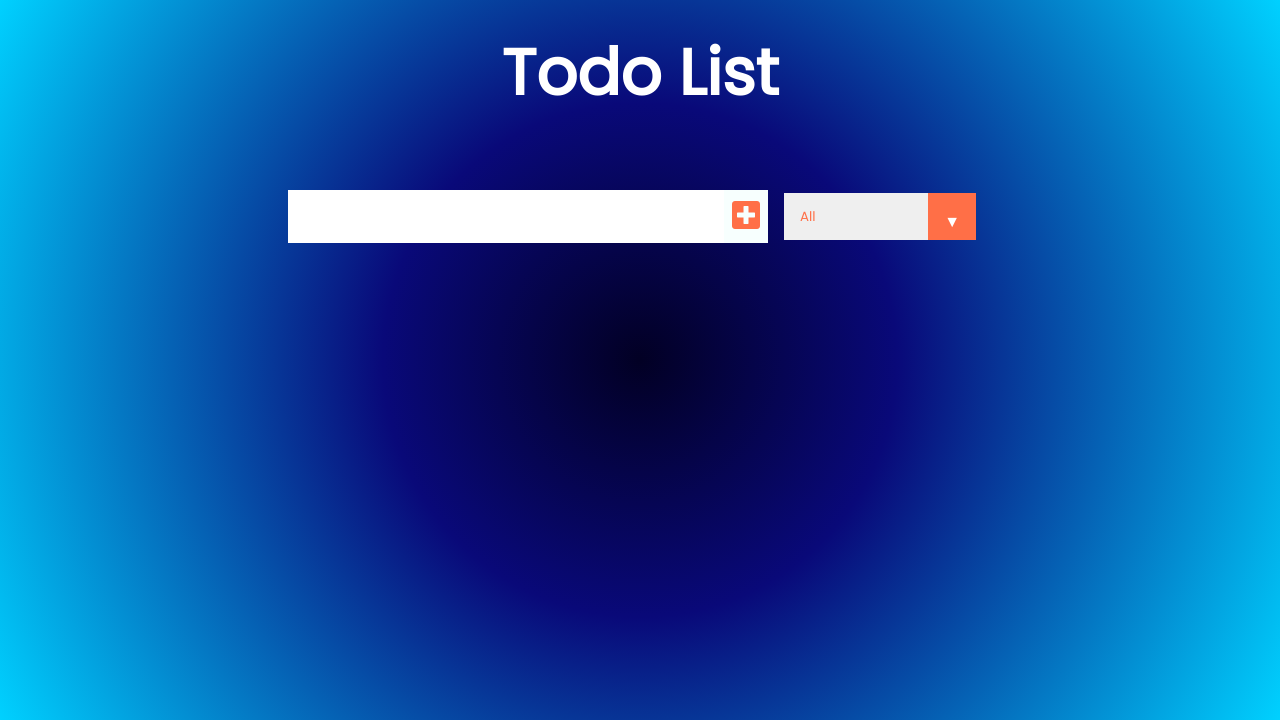
Repository: chellshelove/WADS_Assignment_TodoApp
Page: /
An editor plug-in stored every save of this project. The page is shown before and after the next save, followed by the edit.
The browser window is 1280 px wide. The pictures show the whole page.
Some web libraries are served in a nearby version. The project was rebuilt for these pictures with package versions that can differ from the ones it lists, and the page was loaded fresh each time.

Above is the page before, as saved 2023-03-09 19:11:59.

After the next save:
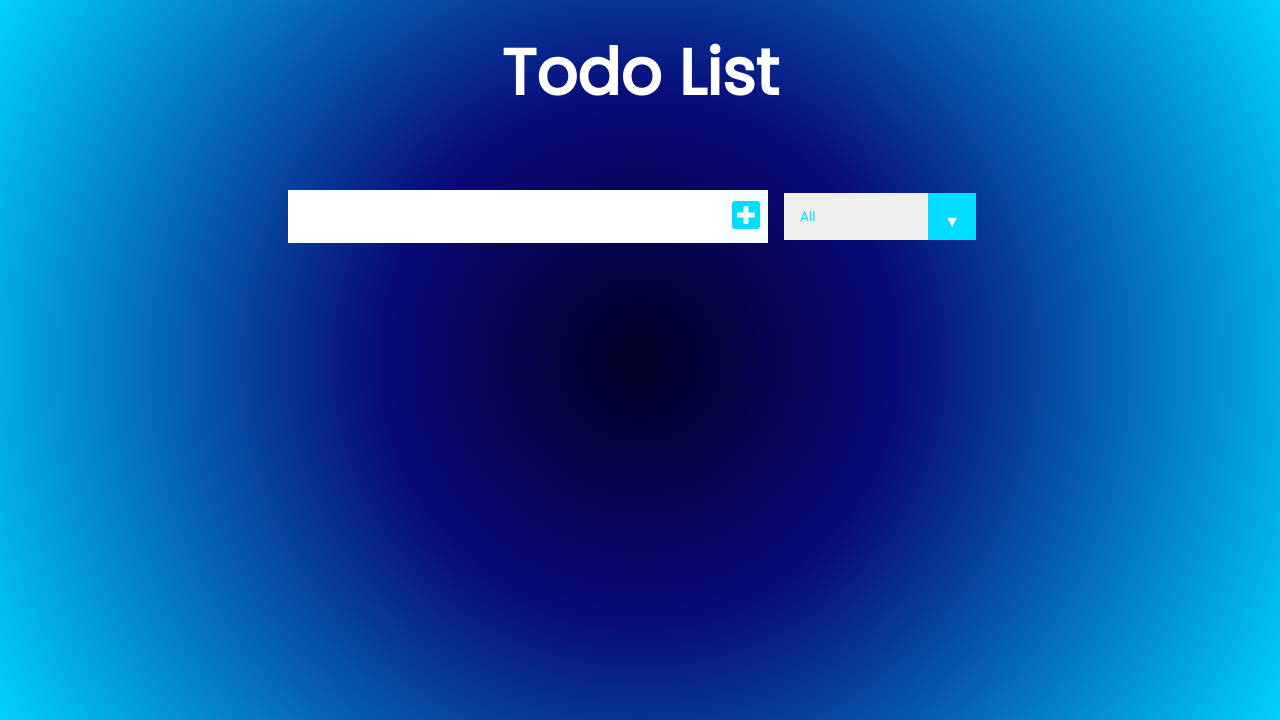
Saved 68 s later.
--- a/src/App.css
+++ b/src/App.css
@@ -28,13 +28,13 @@ form button {
   background: white;
 }
 form button {
-  color: #ff6f47;
+  color: #00ddff;
   background: #f7fffe;
   cursor: pointer;
   transition: all 0.3s ease;
 }
 form button:hover {
-  background: #ff6f47;
+  background: #00ddff;
   color: white;
 }
 .todo-container {
@@ -67,7 +67,7 @@ form button:hover {
 
 .trash-btn,
 .complete-btn {
-  background: #ff6f47;
+  background: #00ddff;
   color: white;
   border: none;
   padding: 1rem;
@@ -115,7 +115,7 @@ select {
   overflow: hidden;
 }
 select {
-  color: #ff6f47;
+  color: #00ddff;
   font-family: "Poppins", sans-serif;
   cursor: pointer;
   width: 12rem;
@@ -127,7 +127,7 @@ select {
   top: 0;
   right: 0;
   padding: 1rem;
-  background: #ff6f47;
+  background: #00ddff;
   cursor: pointer;
   pointer-events: none;
 }
